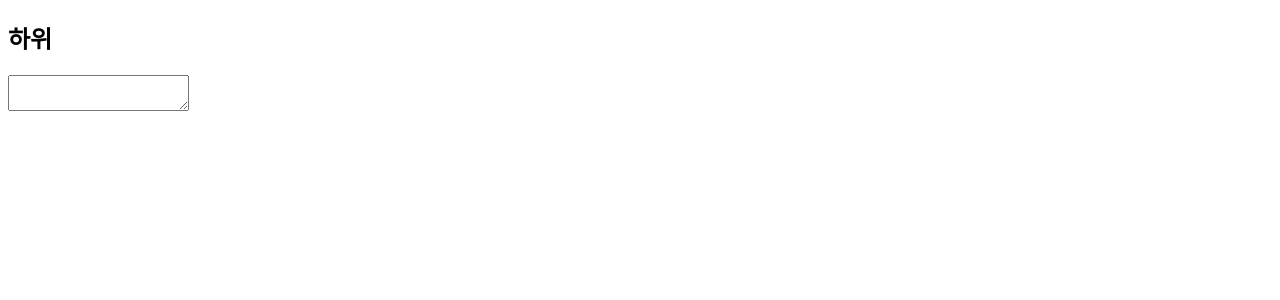
Repository: RyoTTa/4-1-Web-Programming
Page: SoloProject/Project/WebContent/index.html
An editor plug-in stored every save of this project. The page is shown before and after the next save, followed by the edit.
The browser window is 1280 px wide. The pictures show the whole page.

Above is the page before, as saved 2020-05-05 09:13:19.
Console error: SyntaxError: Unexpected token '}'

After the next save:
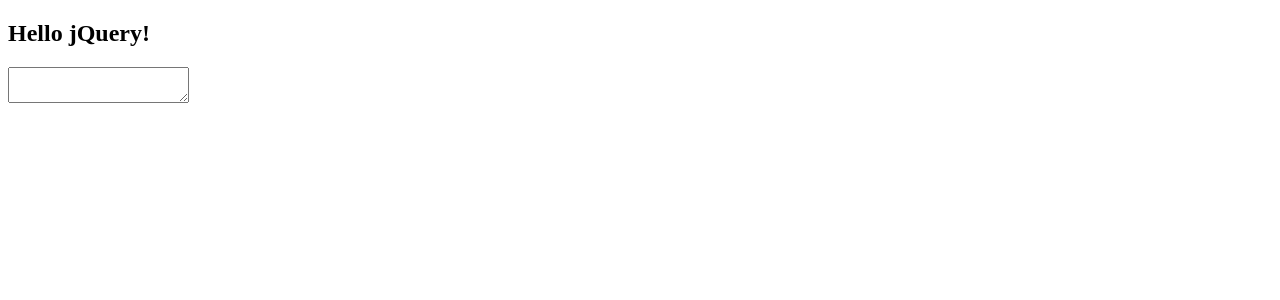
The error is gone.
Saved 48 s later.
--- a/SoloProject/Project/WebContent/index.html
+++ b/SoloProject/Project/WebContent/index.html
@@ -9,7 +9,7 @@
 	<h2 id="01">하위</h2>
 	<textarea id="chatLog" class="chat_log" readonly></textarea>
     </div>
-   		<img src="" id="img"></img>
+   	<img src="" id="img"></img>
 
 	<script>
 		$(document).ready(function(){
@@ -17,22 +17,6 @@
 			myElement.text("Hello jQuery!");
 		});
 
-		var apiURI ="http://api.openweathermap.org/data/2.5/weather?q=Busan&appid=dc8d5f394054b66bd905f0d24fc95a3d"
-			$('#chatLog').append('테스트\n');
-			$.ajax({
-	            url : apiURI,
-	            method : 'GET',
-	            success :  (data)=> {
-	              var temp = String((data.main.temp - 272)).substring(0,3); // 온도
-	              var location = data.name; // 지역이름
-
-	              $('#chatLog').append('지역 ：' + location + ' 온도　：' + tempr　+ "도입니다. "+'\n'); // 아이콘 취득
-
-	              var imgURL = "http://openweathermap.org/img/w/" + data.weather[0].icon + ".png"; // 아이콘 표시
-	              $('#img').attr("src", imgURL);
-	            }
-	          });
-	    }
 	</script>
 <div>
 
